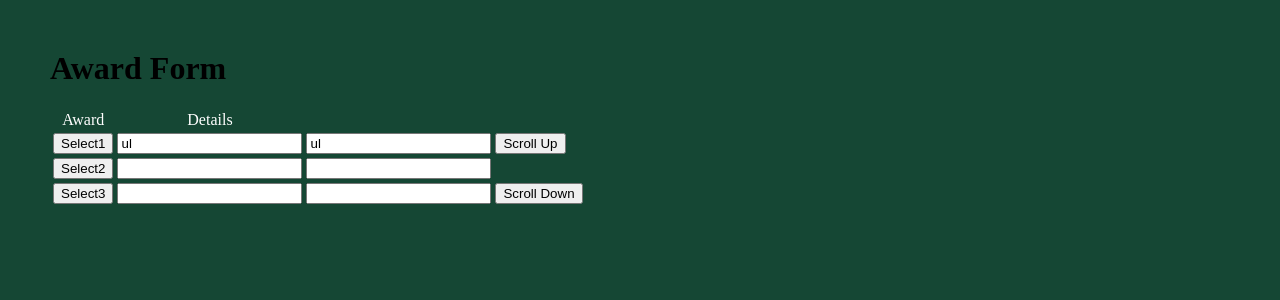
Repository: prajaktamore/Web-Based-Programming-3
Page: http://localhost/BinaryCalculator/entranceAwardWinners.jsp
An editor plug-in stored every save of this project. The page is shown before and after the next save, followed by the edit.
The browser window is 1280 px wide. The pictures show the whole page.
The page is served by Tomcat 9.

Above is the page before, as saved 2014-05-04 18:36:47.

After the next save:
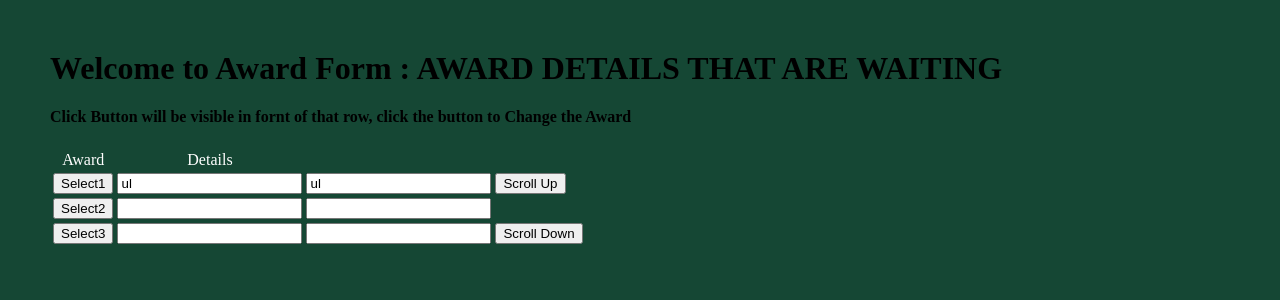
Saved 56 s later.
--- a/BinaryCalculator/WebContent/entranceAwardWinners.jsp
+++ b/BinaryCalculator/WebContent/entranceAwardWinners.jsp
@@ -185,7 +185,9 @@ function scrollUp()
 </script>
 </head>
 <body  onload="successCallback()">
-		<h1>Award Form</h1>
+		<h1>Welcome to Award Form : AWARD DETAILS THAT ARE WAITING</h1>
+		<h4>Click Button will be visible in fornt of that row, click the button to Change the Award</h4>
+
 			<form name="myForm"  method="POST" action="entranceAwardWinners">
 				<table width="page">
 					<tr>
